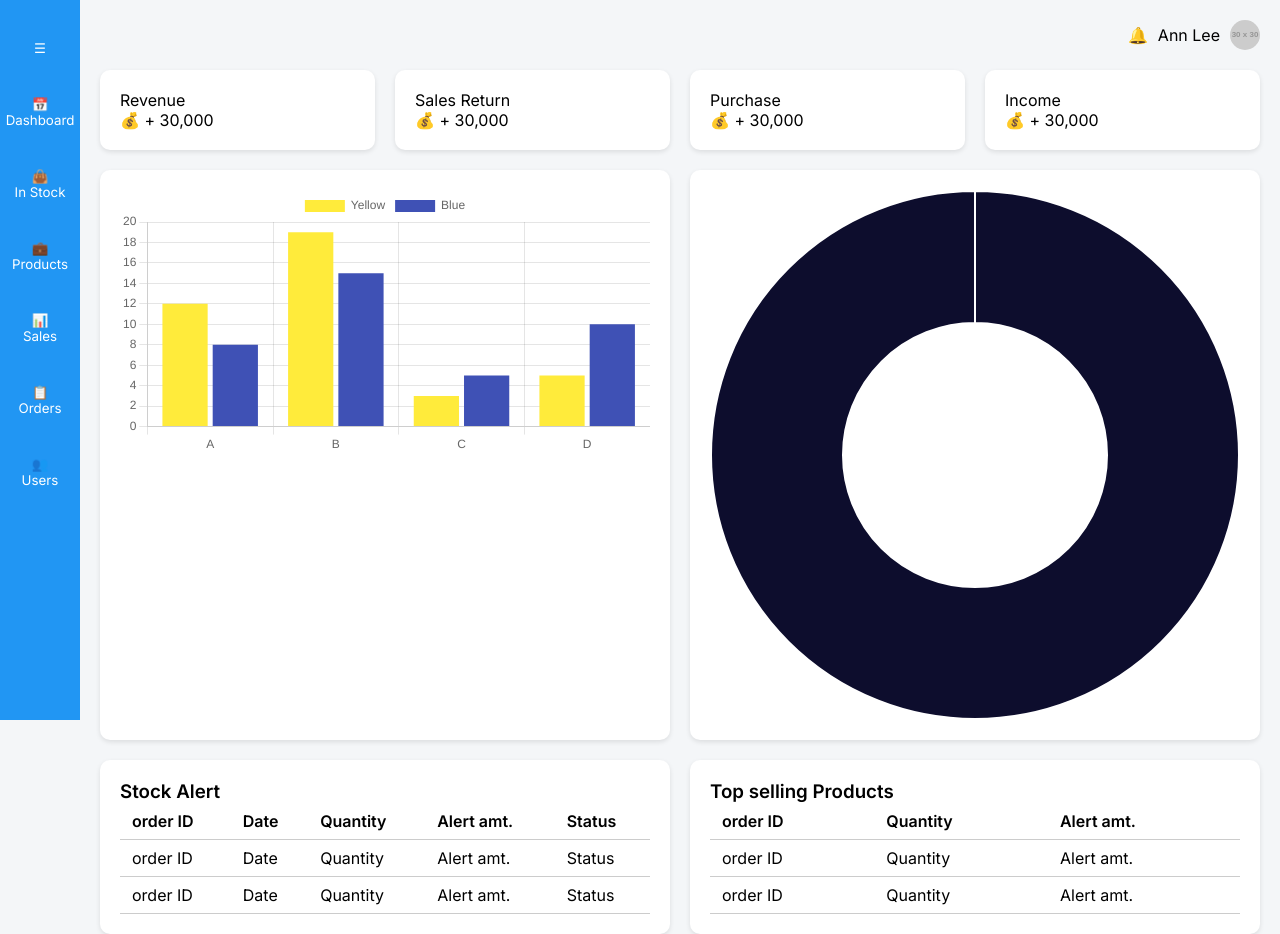
Repository: AditiAjitSalvi/Inventory_Managment
Page: Inventory_Managment_System/Inventory/src/main/webapp/Home.html
The author's editor kept a copy of each file at every save. The page is drawn from the files as they stood at one save, then again after the next save.
The browser window is 1280 px wide. The pictures show the whole page.
An inner scrolling area shows only its first screen.

Above is the page before, as saved 2025-05-19 14:37:19.

### Inventory_Managment_System/Inventory/src/main/webapp/Home.html
<!DOCTYPE html>
<html lang="en">
<head>
    <meta charset="UTF-8">
    <meta name="viewport" content="width=device-width, initial-scale=1.0">
    <title>Dashboard</title>
    <link href="https://fonts.googleapis.com/css2?family=Inter:wght@400;600&display=swap" rel="stylesheet">
    <style>
        * {
            margin: 0;
            padding: 0;
            box-sizing: border-box;
            font-family: 'Inter', sans-serif;
        }

        body {
            display: flex;
            height: 100vh;
            background: #f4f6f8;
        }

        .sidebar {
            width: 80px;
            background: #2196f3;
            color: white;
            display: flex;
            flex-direction: column;
            align-items: center;
            padding-top: 20px;
        }

        .sidebar button {
            background: none;
            border: none;
            margin: 20px 0;
            color: white;
            cursor: pointer;
        }

        .content {
            flex: 1;
            padding: 20px;
        }

        .topbar {
            display: flex;
            justify-content: flex-end;
            align-items: center;
            margin-bottom: 20px;
        }

        .cards {
            display: flex;
            gap: 20px;
            margin-bottom: 20px;
        }

        .card {
            background: white;
            padding: 20px;
            border-radius: 10px;
            box-shadow: 0 2px 5px rgba(0, 0, 0, 0.1);
            flex: 1;
        }

        .charts {
            display: flex;
            gap: 20px;
            margin-bottom: 20px;
        }

        .bar-chart, .pie-chart {
            background: white;
            border-radius: 10px;
            padding: 20px;
            box-shadow: 0 2px 5px rgba(0, 0, 0, 0.1);
            flex: 1;
        }

        .tables {
            display: flex;
            gap: 20px;
        }

        .table {
            background: white;
            border-radius: 10px;
            padding: 20px;
            box-shadow: 0 2px 5px rgba(0, 0, 0, 0.1);
            flex: 1;
        }

        table {
            width: 100%;
            border-collapse: collapse;
        }

        th, td {
            padding: 8px 12px;
            border-bottom: 1px solid #ccc;
            text-align: left;
        }
    </style>
</head>
<body>
    <div class="sidebar">
        <button>☰</button>
        <button>📅<br>Dashboard</button>
        <button>👜<br>In Stock</button>
        <button>💼<br>Products</button>
        <button>📊<br>Sales</button>
        <button>📋<br>Orders</button>
        <button>👥<br>Users</button>
    </div>
    <div class="content">
        <div class="topbar">
            <span>🔔</span>
            <span style="margin: 0 10px;">Ann Lee</span>
            <img src="https://via.placeholder.com/30" alt="user" style="border-radius: 50%;">
        </div>

        <div class="cards">
            <div class="card">Revenue <br> 💰 + 30,000</div>
            <div class="card">Sales Return <br> 💰 + 30,000</div>
            <div class="card">Purchase <br> 💰 + 30,000</div>
            <div class="card">Income <br> 💰 + 30,000</div>
        </div>

        <div class="charts">
            <div class="bar-chart">
                <canvas id="barChart" width="400" height="200"></canvas>
            </div>
            <div class="pie-chart">
                <canvas id="pieChart" width="200" height="200"></canvas>
            </div>
        </div>

        <div class="tables">
            <div class="table">
                <h3>Stock Alert</h3>
                <table>
                    <tr><th>order ID</th><th>Date</th><th>Quantity</th><th>Alert amt.</th><th>Status</th></tr>
                    <tr><td>order ID</td><td>Date</td><td>Quantity</td><td>Alert amt.</td><td>Status</td></tr>
                    <tr><td>order ID</td><td>Date</td><td>Quantity</td><td>Alert amt.</td><td>Status</td></tr>
                </table>
            </div>
            <div class="table">
                <h3>Top selling Products</h3>
                <table>
                    <tr><th>order ID</th><th>Quantity</th><th>Alert amt.</th></tr>
                    <tr><td>order ID</td><td>Quantity</td><td>Alert amt.</td></tr>
                    <tr><td>order ID</td><td>Quantity</td><td>Alert amt.</td></tr>
                </table>
            </div>
        </div>
    </div>

    <script src="https://cdn.jsdelivr.net/npm/chart.js"></script>
    <script>
        const barCtx = document.getElementById('barChart').getContext('2d');
        new Chart(barCtx, {
            type: 'bar',
            data: {
                labels: ['A', 'B', 'C', 'D'],
                datasets: [
                    {
                        label: 'Yellow',
                        data: [12, 19, 3, 5],
                        backgroundColor: '#ffeb3b'
                    },
                    {
                        label: 'Blue',
                        data: [8, 15, 5, 10],
                        backgroundColor: '#3f51b5'
                    }
                ]
            }
        });

        const pieCtx = document.getElementById('pieChart').getContext('2d');
        new Chart(pieCtx, {
            type: 'doughnut',
            data: {
                labels: ['Product A'],
                datasets: [{
                    data: [100],
                    backgroundColor: ['#0d0d2d']
                }]
            },
            options: {
                plugins: {
                    legend: { display: false }
                }
            }
        });
    </script>
</body>
</html>

After the next save:
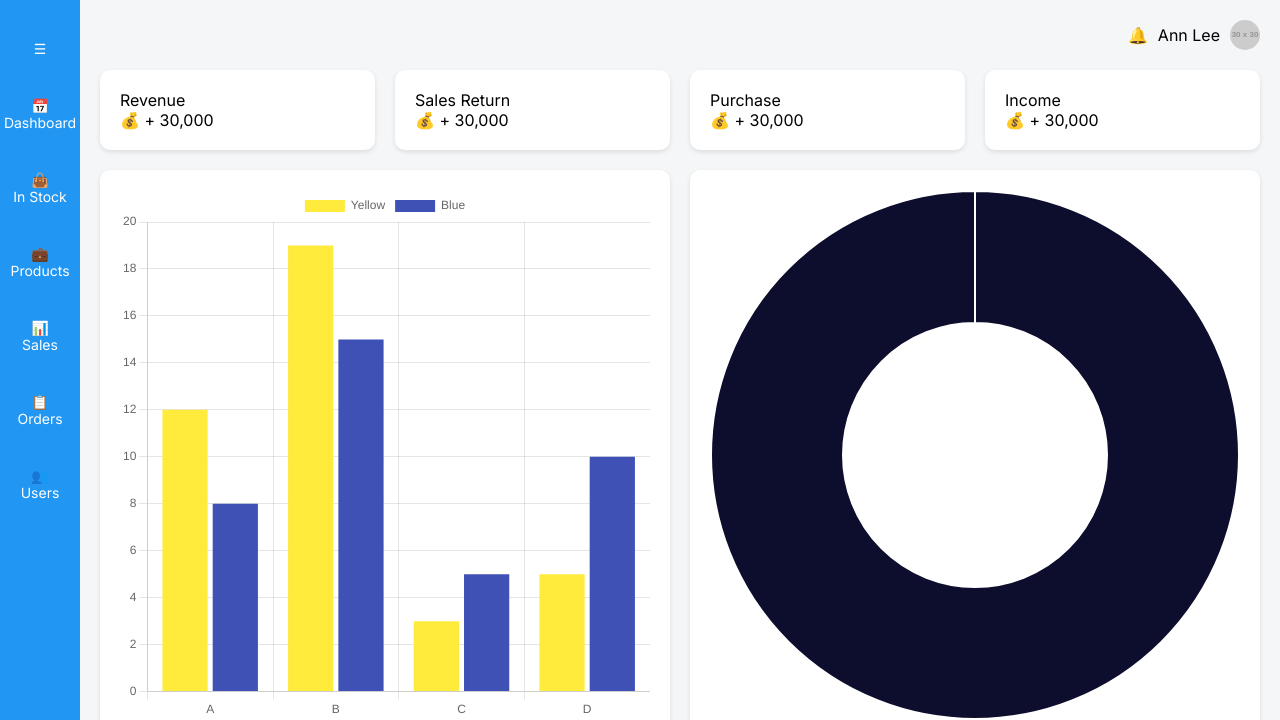
Saved 2 min 48 s later.
--- a/Inventory_Managment_System/Inventory/src/main/webapp/Home.html
+++ b/Inventory_Managment_System/Inventory/src/main/webapp/Home.html
@@ -13,10 +13,16 @@
             font-family: 'Inter', sans-serif;
         }
 
+        html, body {
+            width: 100%;
+            height: 100%;
+            overflow-x: hidden;
+            background: #f4f6f8;
+        }
+
         body {
             display: flex;
-            height: 100vh;
-            background: #f4f6f8;
+            flex-direction: row;
         }
 
         .sidebar {
@@ -27,6 +33,7 @@
             flex-direction: column;
             align-items: center;
             padding-top: 20px;
+            flex-shrink: 0;
         }
 
         .sidebar button {
@@ -35,11 +42,16 @@
             margin: 20px 0;
             color: white;
             cursor: pointer;
+            font-size: 14px;
+            text-align: center;
         }
 
         .content {
             flex: 1;
             padding: 20px;
+            display: flex;
+            flex-direction: column;
+            width: calc(100% - 80px);
         }
 
         .topbar {
@@ -47,11 +59,20 @@
             justify-content: flex-end;
             align-items: center;
             margin-bottom: 20px;
+            gap: 10px;
+        }
+
+        .topbar img {
+            width: 30px;
+            height: 30px;
+            border-radius: 50%;
+            object-fit: cover;
         }
 
         .cards {
             display: flex;
             gap: 20px;
+            flex-wrap: wrap;
             margin-bottom: 20px;
         }
 
@@ -60,12 +81,14 @@
             padding: 20px;
             border-radius: 10px;
             box-shadow: 0 2px 5px rgba(0, 0, 0, 0.1);
-            flex: 1;
+            flex: 1 1 200px;
+            min-width: 200px;
         }
 
         .charts {
             display: flex;
             gap: 20px;
+            flex-wrap: wrap;
             margin-bottom: 20px;
         }
 
@@ -74,12 +97,18 @@
             border-radius: 10px;
             padding: 20px;
             box-shadow: 0 2px 5px rgba(0, 0, 0, 0.1);
-            flex: 1;
+            flex: 1 1 300px;
+        }
+
+        canvas {
+            width: 100% !important;
+            height: auto !important;
         }
 
         .tables {
             display: flex;
             gap: 20px;
+            flex-wrap: wrap;
         }
 
         .table {
@@ -87,7 +116,8 @@
             border-radius: 10px;
             padding: 20px;
             box-shadow: 0 2px 5px rgba(0, 0, 0, 0.1);
-            flex: 1;
+            flex: 1 1 400px;
+            overflow-x: auto;
         }
 
         table {
@@ -99,6 +129,7 @@
             padding: 8px 12px;
             border-bottom: 1px solid #ccc;
             text-align: left;
+            white-space: nowrap;
         }
     </style>
 </head>
@@ -115,8 +146,8 @@
     <div class="content">
         <div class="topbar">
             <span>🔔</span>
-            <span style="margin: 0 10px;">Ann Lee</span>
-            <img src="https://via.placeholder.com/30" alt="user" style="border-radius: 50%;">
+            <span>Ann Lee</span>
+            <img src="https://via.placeholder.com/30" alt="user">
         </div>
 
         <div class="cards">
@@ -128,10 +159,10 @@
 
         <div class="charts">
             <div class="bar-chart">
-                <canvas id="barChart" width="400" height="200"></canvas>
+                <canvas id="barChart"></canvas>
             </div>
             <div class="pie-chart">
-                <canvas id="pieChart" width="200" height="200"></canvas>
+                <canvas id="pieChart"></canvas>
             </div>
         </div>
 
@@ -174,6 +205,10 @@
                         backgroundColor: '#3f51b5'
                     }
                 ]
+            },
+            options: {
+                responsive: true,
+                maintainAspectRatio: false
             }
         });
 
@@ -188,6 +223,8 @@
                 }]
             },
             options: {
+                responsive: true,
+                maintainAspectRatio: false,
                 plugins: {
                     legend: { display: false }
                 }
